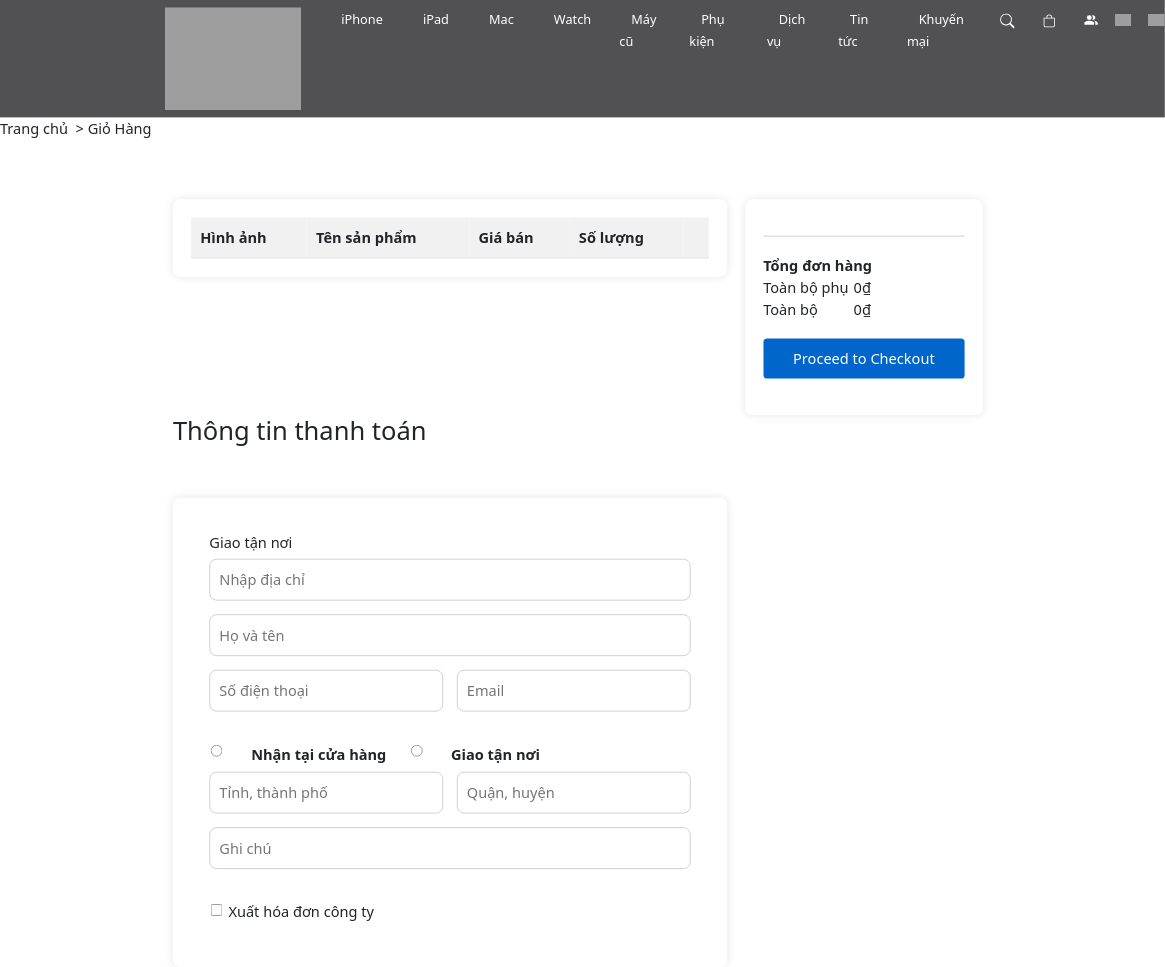
Repository: 20092004nam2k4/FE-ShopDunk
Page: /cart
The author's editor kept a copy of each file at every save. The page is drawn from the files as they stood at one save, then again after the next save.
The browser window is 1280 px wide. The pictures show the whole page, at 91% of full size.
Pictures or frames that could not be fetched are drawn as grey boxes. The page's requests for data from a server got no answer. The project was rebuilt for these pictures with package versions that can differ from the ones it lists, and the page was loaded fresh each time. No one was signed in, and anything a server would have sent is missing. Also part of the build but not shown: src/component/common/SlideImage.css, src/component/common/SlideImage.js, src/component/product/ProductCart.css, src/component/product/ProductList.js, src/component/product/ProductDetail.css, src/component/product/ProductDetail.js, src/component/user/LoginUser.js, src/component/user/UserProfile.js and 3 more.

Above is the page before, as saved 2024-06-14 12:08:09.

After the next save:
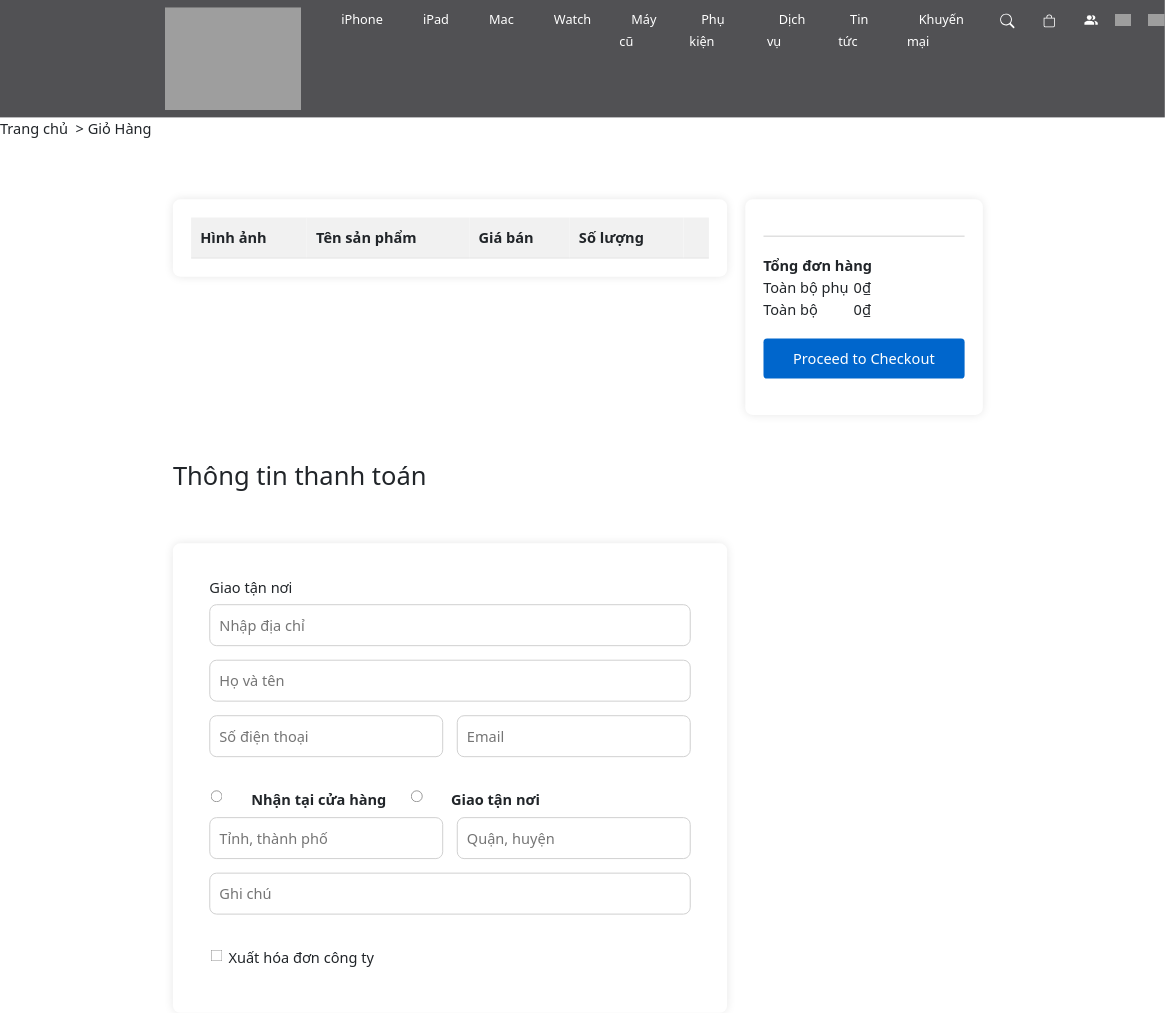
Saved 6 s later.
--- a/src/component/cart/CartPage.css
+++ b/src/component/cart/CartPage.css
@@ -368,5 +368,5 @@
   }
   .thanhtoan{
     padding-left: 190px;
-    margin-top: ;
-  }
+    margin-top: 50px;
+  }
